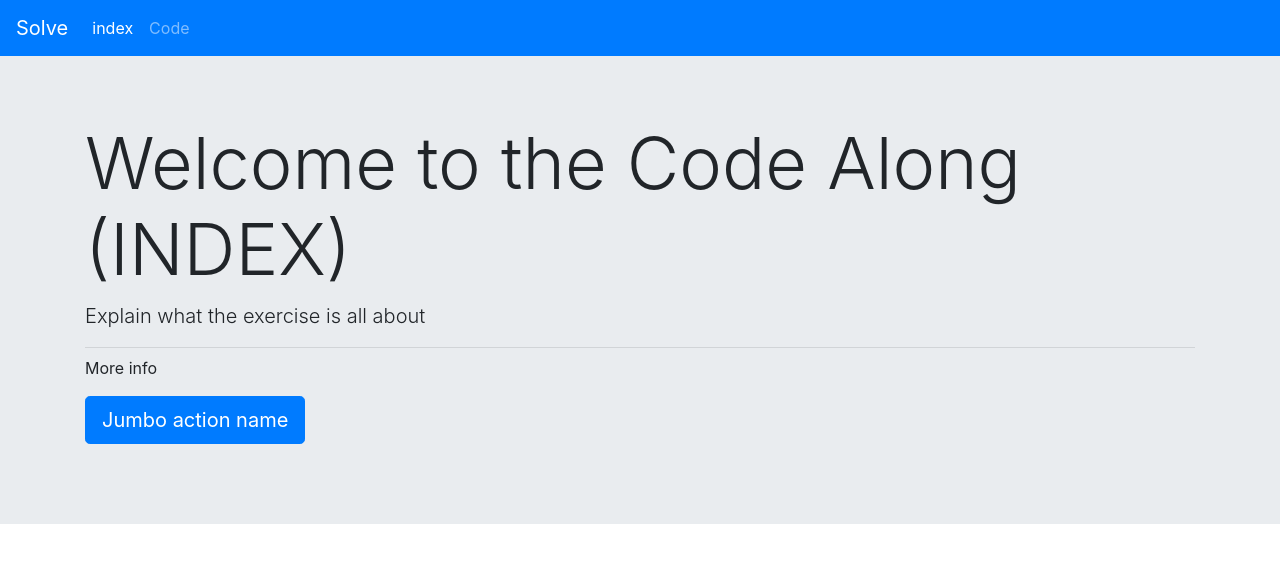
Repository: zhadjah9559/TacocatGrammar
Page: solve.html
These files come from the project's save history. The page is drawn as it stood at one moment and after the next save; the edit follows.
The browser window is 1280 px wide. The pictures show the whole page.

Above is the page before, as saved 2021-01-11 15:39:47.

After the next save:
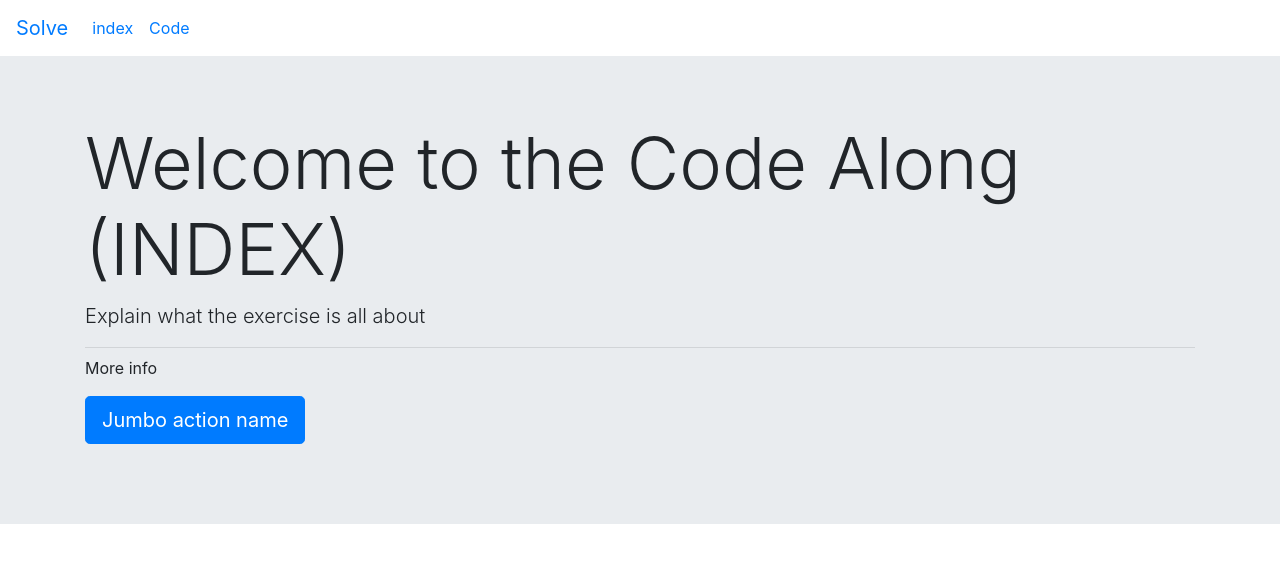
Saved 7 min 32 s later.
--- a/solve.html
+++ b/solve.html
@@ -12,7 +12,7 @@
   <body>
 
 
-    <nav class="navbar navbar-expand-sm navbar-dark bg-primary">
+    <nav class="navbar navbar-expand-sm style="background-color: #A6A6A6;">
         <a class="navbar-brand" href="#">Solve</a>
         <button class="navbar-toggler d-lg-none" type="button" data-toggle="collapse" data-target="#collapsibleNavId" aria-controls="collapsibleNavId"
             aria-expanded="false" aria-label="Toggle navigation"></button>
